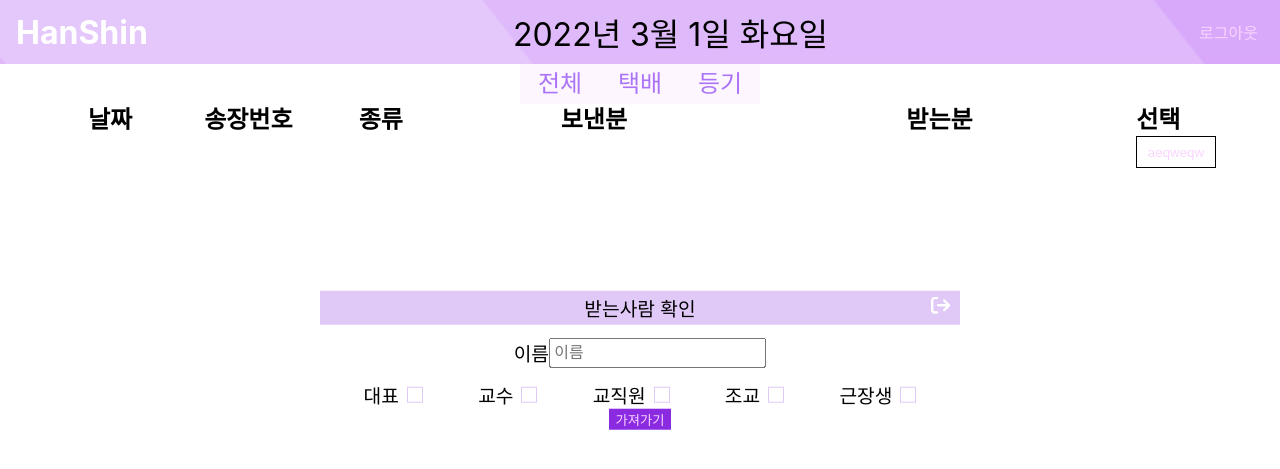
Repository: SeungYn/hanshinClient
Page: /, after clicking the first element matching `button.package_d2e76_submitBtn`
An editor plug-in stored every save of this project. The page is shown before and after the next save, followed by the edit.
The browser window is 1280 px wide. The pictures show the whole page.
The page's requests for data from a server got no answer. The project was rebuilt for these pictures with package versions that can differ from the ones it lists, and the page was loaded fresh each time. No one was signed in, and anything a server would have sent is missing. Also part of the build but not shown: src/App.css, src/components/item/item.jsx, src/components/addboxs/addBoxs.jsx.

Above is the page before, as saved 2022-03-01 02:51:01.

After the next save:
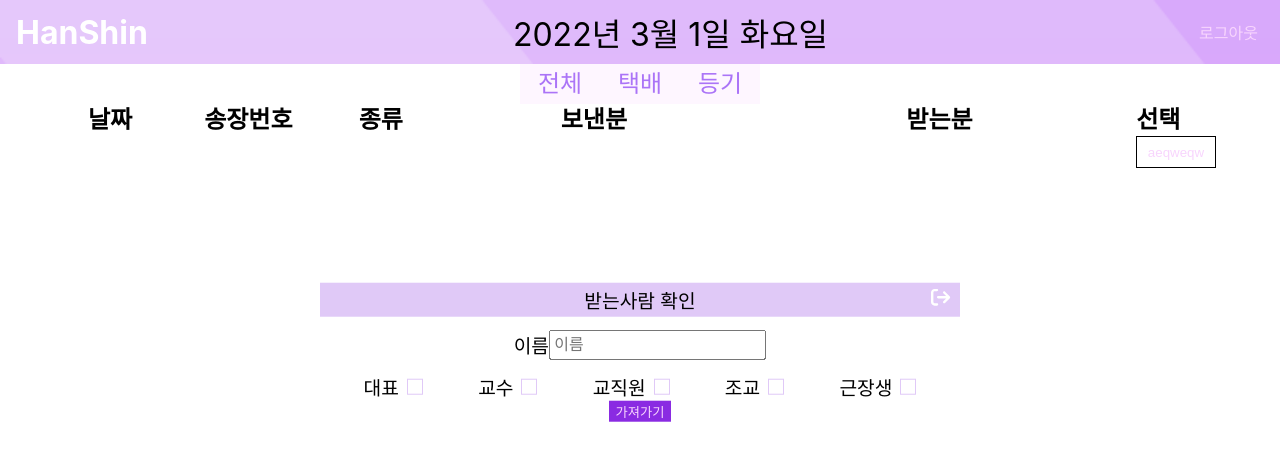
Saved 25 s later.
--- a/src/components/receiverInput/receiverInput.module.css
+++ b/src/components/receiverInput/receiverInput.module.css
@@ -82,6 +82,10 @@ input[type='radio']:checked + .checkedBox:after {
   align-items: center;
 }
 
+.receiverForm__Footer {
+  margin-bottom: 1rem;
+}
+
 .packageList {
   width: 90%;
   background-color: white;
